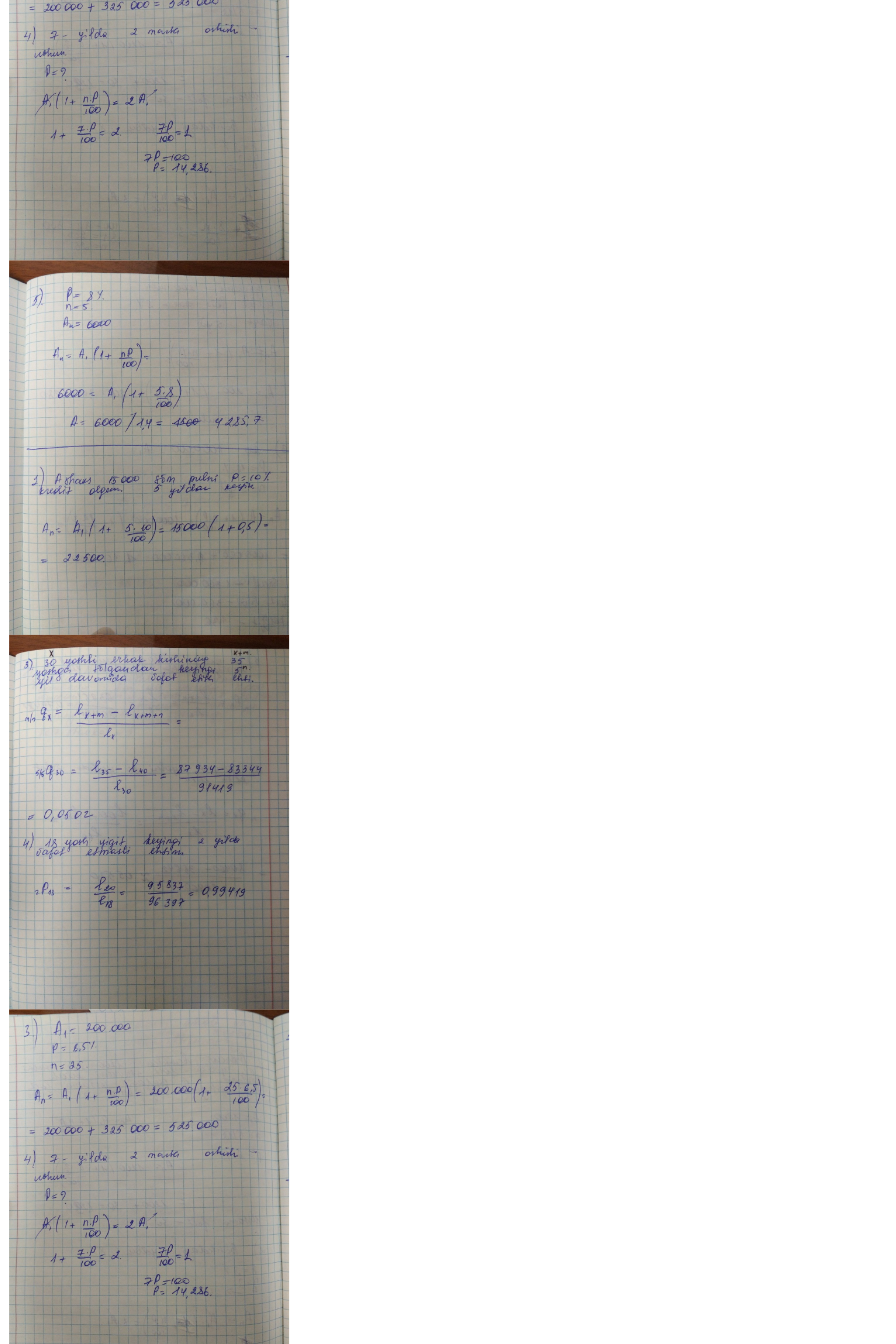
Repository: Ikromkhurozov/exam-inst
Page: index.html
The author's editor kept a copy of each file at every save. The page is drawn from the files as they stood at one save, then again after a run of saves.
The browser window is 1280 px wide. The pictures show the part of the page from y = 4580 to 6500 px (the page is 8710 px tall), at 70% of full size.

Above is the page before, as saved 2023-05-26 10:10:59.

After the next 5 saves:
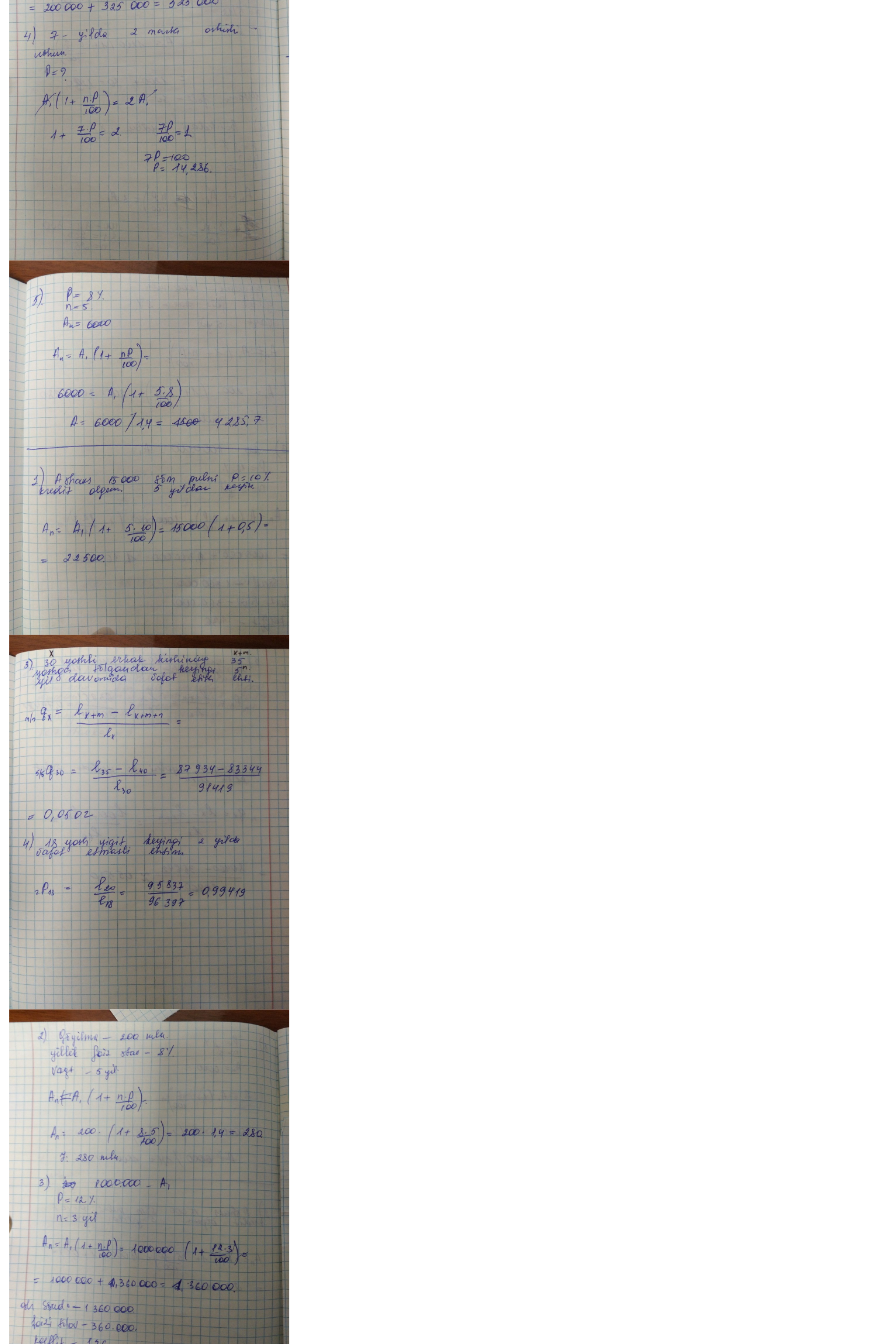
The 5 saves are shown as one change because they came seconds apart.
The last was saved 13 s later.
--- a/index.html
+++ b/index.html
@@ -39,11 +39,11 @@
   <img src="/6.jpg" alt="p2">
   <img src="/7.jpg" alt="p3">
   <img src="/8.jpg" alt="p3">
-  <img src="/4.jpg" alt="p3">
-  <img src="/5.jpg" alt="p4">
-  <img src="/6.jpg" alt="p2">
-  <img src="/7.jpg" alt="p3">
-  <img src="/8.jpg" alt="p3"
+  <img src="/9.jpg" alt="p3">
+  <img src="/10.jpg" alt="p4">
+  <img src="/11.jpg" alt="p2">
+  <img src="/12.jpg" alt="p3">
+  <img src="/13.jpg" alt="p3"
 
 
 
